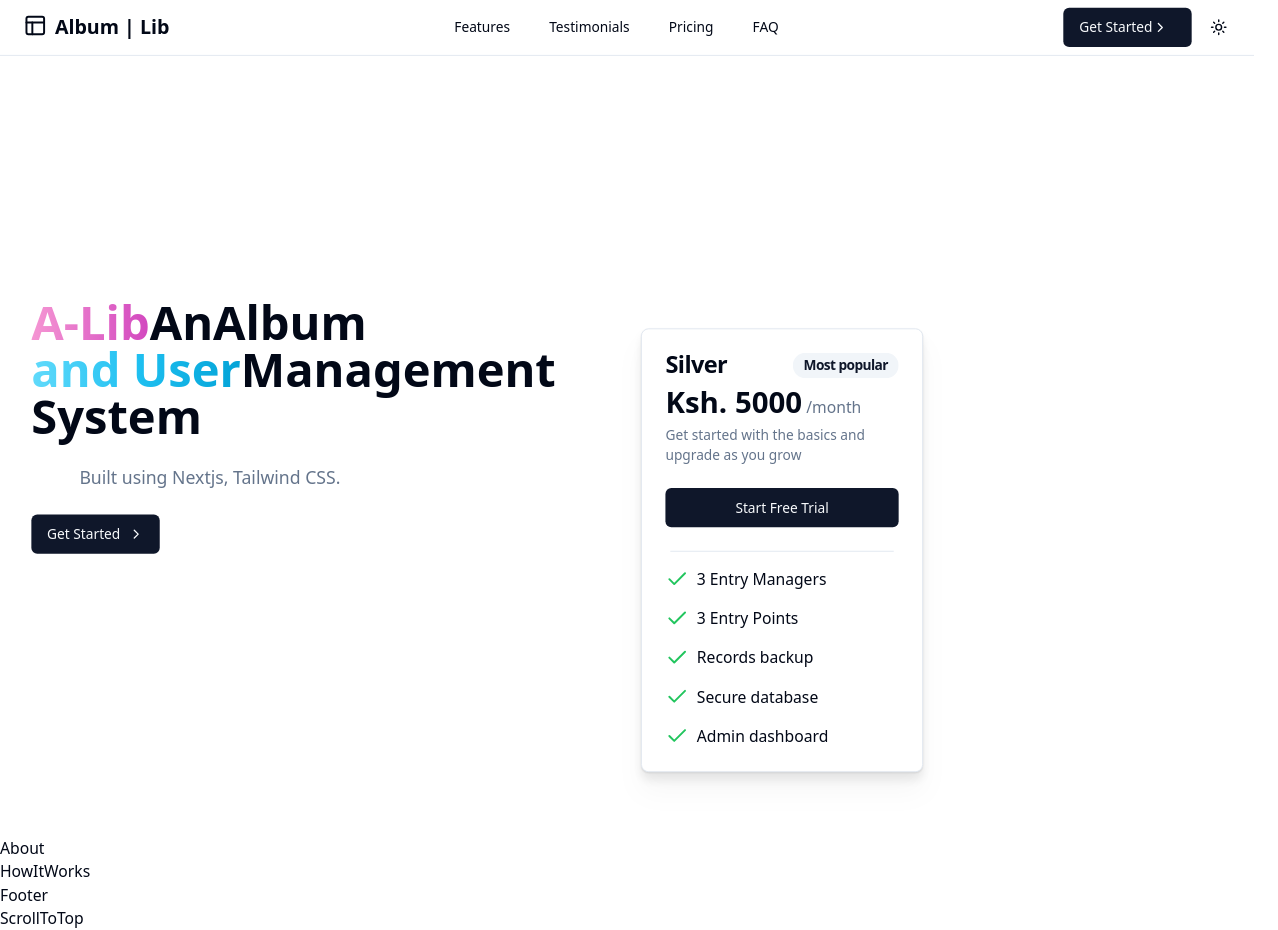
Repository: DevLaukey/savannah-informatics-test
Page: /
The author's editor kept a copy of each file at every save. The page is drawn from the files as they stood at one save, then again after the next save.
The browser window is 1280 px wide. The page is 1304 px wide, then 1280 px, then 1304 px, so the pictures cover 1304 px, including what lies to the right of the window. The pictures show the whole page, at 98% of full size.
The project was rebuilt for these pictures with package versions that can differ from the ones it lists, and the page was loaded fresh each time. The framework's server and built-in components were replaced by stand-ins that run in the browser. Also part of the build but not shown: next.config.mjs, components/ui/avatar.jsx, components/landing-page/LightBulbIcon.jsx.

Above is the page before, as saved 2024-06-04 21:59:50.

After the next save:
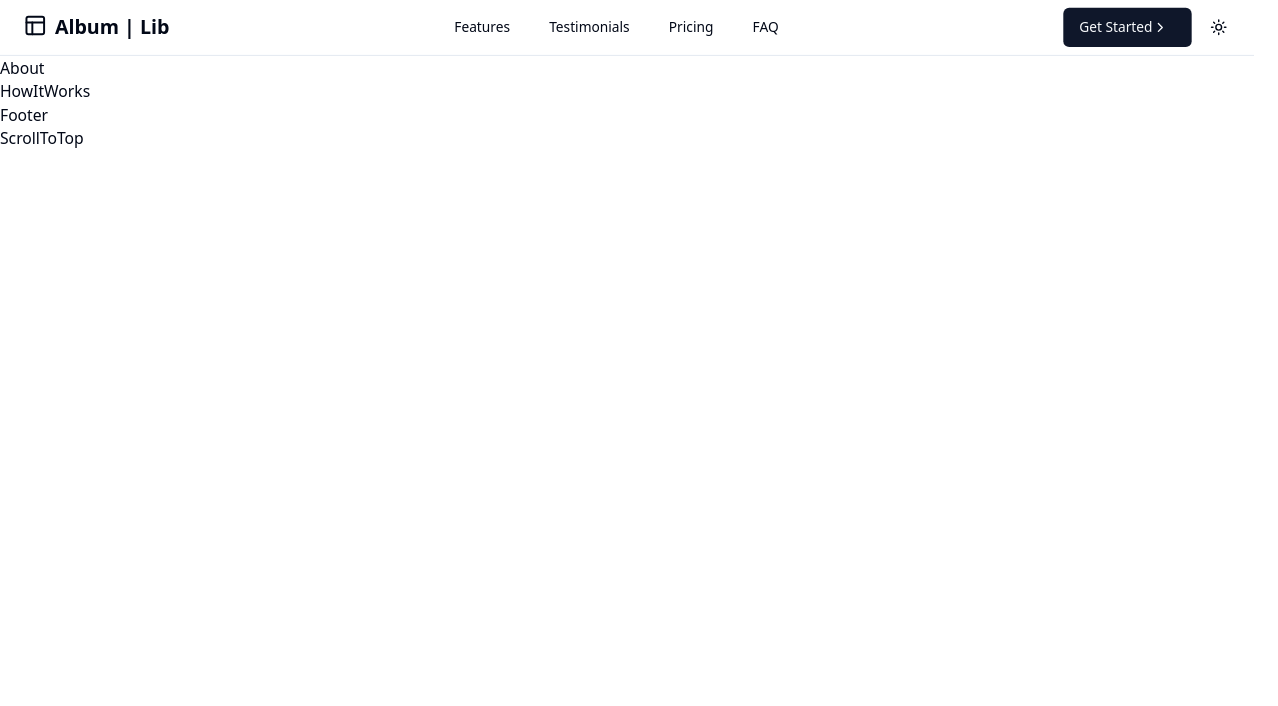
Saved 10 s later.
--- a/app/page.jsx
+++ b/app/page.jsx
@@ -11,7 +11,7 @@
   return (
     <>
       <Navbar />
-      <Hero />
+      {/* <Hero /> */}
       <About />
       <HowItWorks />
       <Footer />

After the save that followed:
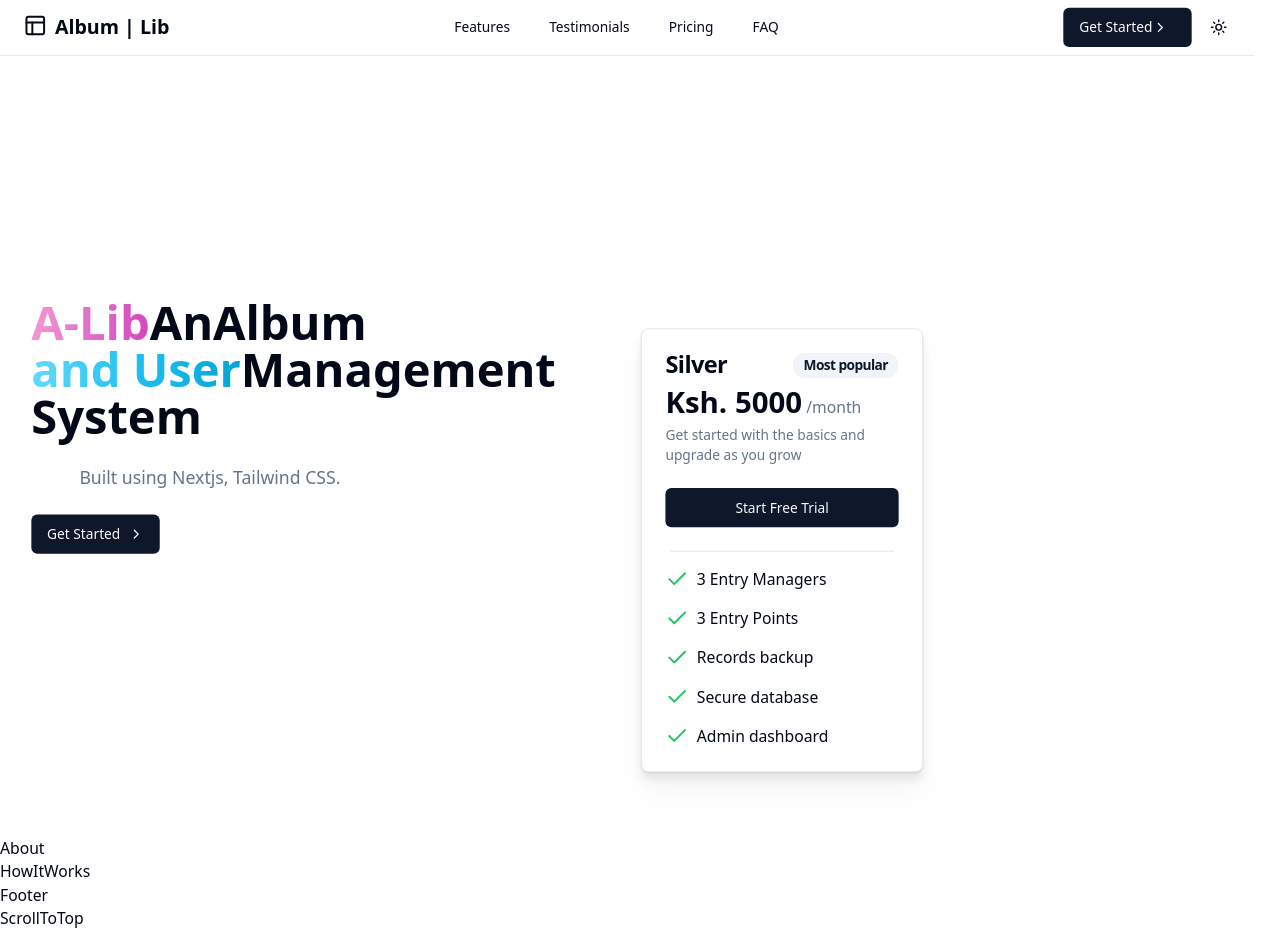
Saved 4 s later.
--- a/app/page.jsx
+++ b/app/page.jsx
@@ -11,7 +11,7 @@
   return (
     <>
       <Navbar />
-      {/* <Hero /> */}
+      <Hero />
       <About />
       <HowItWorks />
       <Footer />
